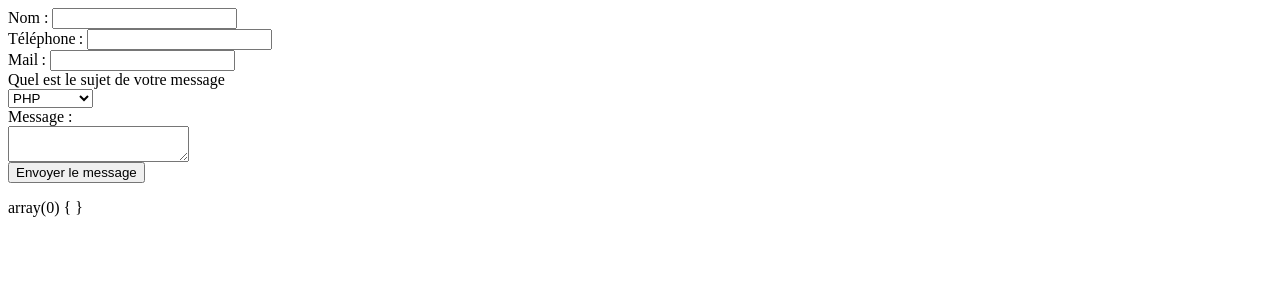
Repository: Val712/quete-Formulaires
Page: http://localhost/form.php
An editor plug-in stored every save of this project. The page is shown before and after the next save, followed by the edit.
The browser window is 1280 px wide. The pictures show the whole page.
The page is run by PHP 8.4 with error messages shown; the project is at /var/www/html/.

Above is the page before, as saved 2019-08-25 02:41:08.

After the next save:
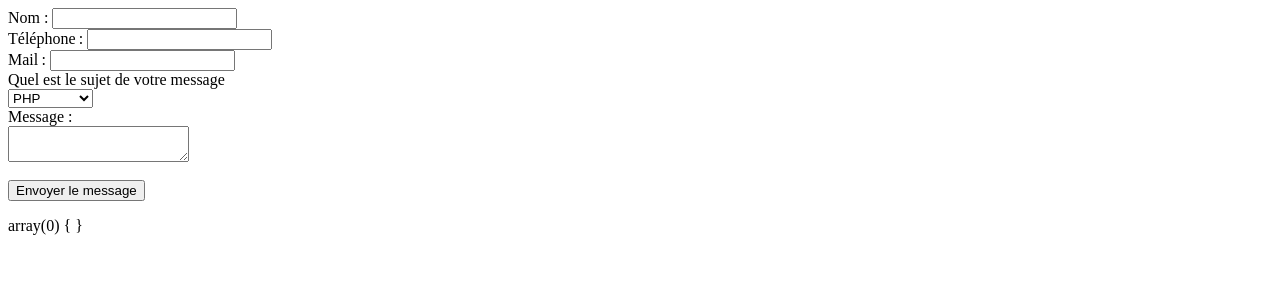
Saved 44 s later.
--- a/form.php
+++ b/form.php
@@ -27,7 +27,7 @@
     <div>
         <label for="msg">Message :</label> </br>
         <textarea id="msg" name="user_message"></textarea>
-    </div>
+    </div> </br>
 
     <div class="button">
         <button type="submit">Envoyer le message</button>
